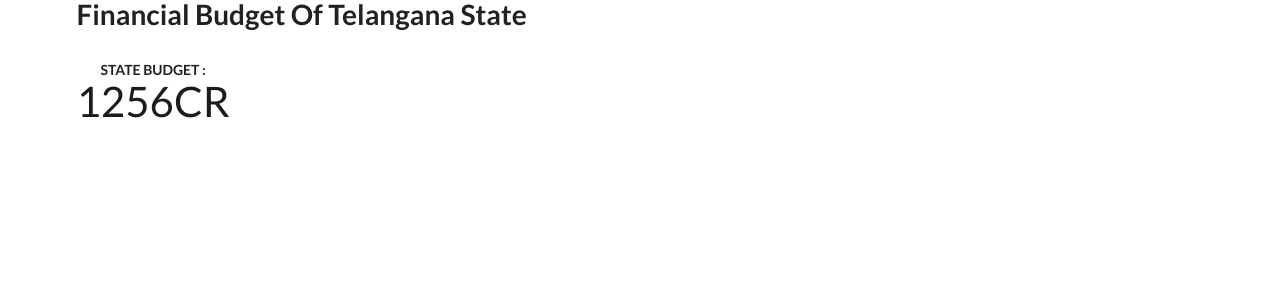
Repository: akHil07090709/advanced-react
Page: /
An editor plug-in stored every save of this project. The page is shown before and after a run of saves, followed by the edit.
The browser window is 1280 px wide. The pictures show the whole page.
The project was rebuilt for these pictures with package versions that can differ from the ones it lists, and the page was loaded fresh each time. Also part of the build but not shown: src/App.css.

Above is the page before, as saved 2021-05-18 09:05:37.

After the next 2 saves:
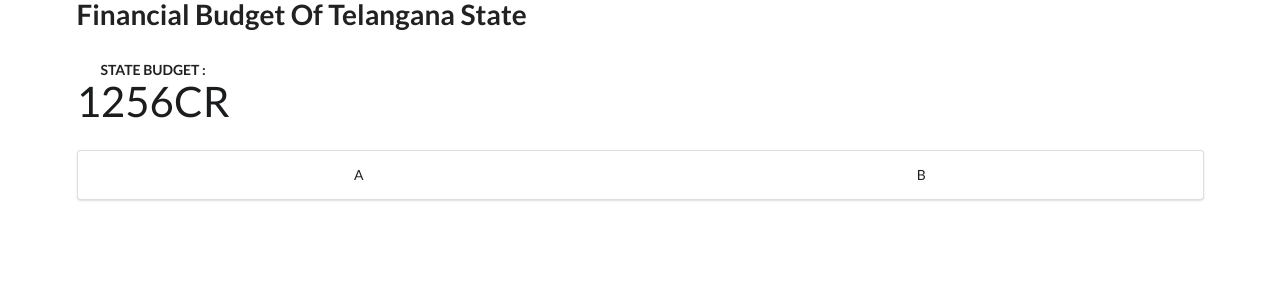
The 2 saves are shown as one change because 1 did not build or start.
The last was saved 6 days later.
--- a/src/App.js
+++ b/src/App.js
@@ -1,4 +1,4 @@
-import { Container, Header, Statistic } from "semantic-ui-react";
+import { Container, Grid, Header, Segment, Statistic } from "semantic-ui-react";
 import "./App.css";
 
 function App() {
@@ -10,6 +10,14 @@
         <Statistic.Label>State Budget : </Statistic.Label>
         <Statistic.Value>1256cr</Statistic.Value>
       </Statistic>
+      <Segment textAlign="center">
+        <Grid columns={2}>
+          <Grid.Row>
+            <Grid.Column>A</Grid.Column>
+            <Grid.Column>B</Grid.Column>
+          </Grid.Row>
+        </Grid>
+      </Segment>
     </Container>
   );
 }
